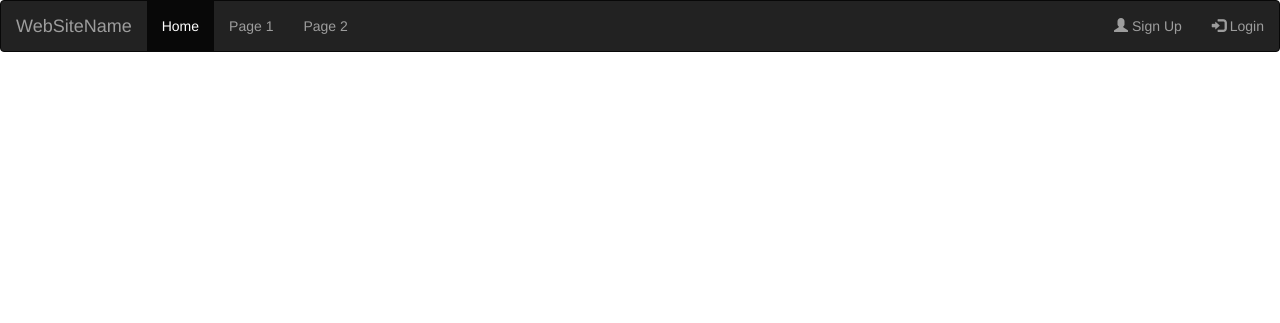
Repository: Karthi-Mano/AdvanceJavaPrograms
Page: http://localhost/BootStrapApp/LoginPage.jsp
These files come from the project's save history. The page is drawn as it stood at one moment and after the next save; the edit follows.
The browser window is 1280 px wide. The pictures show the whole page.
The page is served by Tomcat 9.

Above is the page before, as saved 2018-03-28 07:11:13.

### BootStrapApp/WebContent/LoginPage.jsp
<%@ page language="java" contentType="text/html; charset=ISO-8859-1"
    pageEncoding="ISO-8859-1"%>
<!DOCTYPE html PUBLIC "-//W3C//DTD HTML 4.01 Transitional//EN" "http://www.w3.org/TR/html4/loose.dtd">
<html>
<head>
<meta http-equiv="Content-Type" content="text/html; charset=ISO-8859-1">
<title>Insert title here</title>
</head>
<body>
<jsp:include page="header.jsp"></jsp:include>

</body>
</html>

### BootStrapApp/WebContent/header.jsp
<%@ page language="java" contentType="text/html; charset=ISO-8859-1"
    pageEncoding="ISO-8859-1"%>
<!DOCTYPE html PUBLIC "-//W3C//DTD HTML 4.01 Transitional//EN" "http://www.w3.org/TR/html4/loose.dtd">
<html>
<head>
<meta http-equiv="Content-Type" content="text/html; charset=ISO-8859-1">
<title>Insert title here</title>
 <link rel="stylesheet" href="https://maxcdn.bootstrapcdn.com/bootstrap/3.3.7/css/bootstrap.min.css">
  <script src="https://ajax.googleapis.com/ajax/libs/jquery/3.3.1/jquery.min.js"></script>
  <script src="https://maxcdn.bootstrapcdn.com/bootstrap/3.3.7/js/bootstrap.min.js"></script>
</head>
<body>
<nav class="navbar navbar-inverse">
  <div class="container-fluid">
    <div class="navbar-header">
      <a class="navbar-brand" href="#">WebSiteName</a>
    </div>
    <ul class="nav navbar-nav">
      <li class="active"><a href="#">Home</a></li>
      <li><a href="#">Page 1</a></li>
      <li><a href="#">Page 2</a></li>
    </ul>
    <ul class="nav navbar-nav navbar-right">
      <li><a href="#"><span class="glyphicon glyphicon-user"></span> Sign Up</a></li>
      <li><a href="#"><span class="glyphicon glyphicon-log-in"></span> Login</a></li>
    </ul>
  </div>
</nav>
</body>
</html>

After the next save:
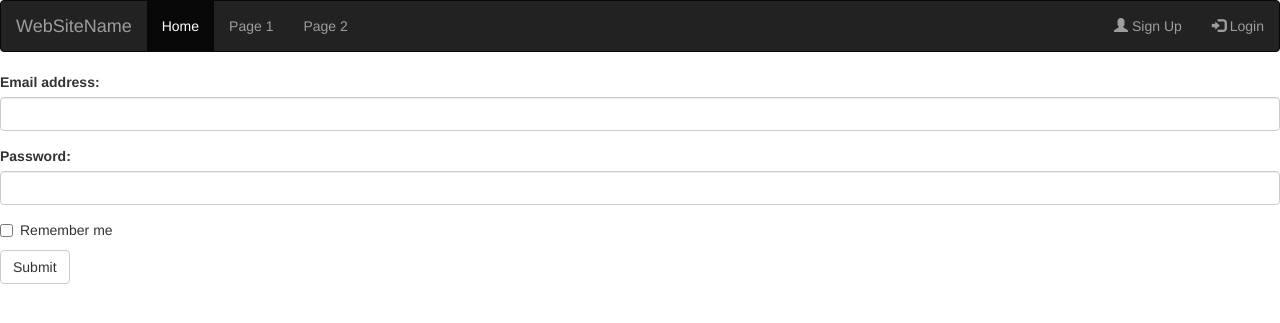
Saved 22 s later.
--- a/BootStrapApp/WebContent/LoginPage.jsp
+++ b/BootStrapApp/WebContent/LoginPage.jsp
@@ -8,6 +8,20 @@
 </head>
 <body>
 <jsp:include page="header.jsp"></jsp:include>
+<form action="/action_page.php">
+  <div class="form-group">
+    <label for="email">Email address:</label>
+    <input type="email" class="form-control" id="email">
+  </div>
+  <div class="form-group">
+    <label for="pwd">Password:</label>
+    <input type="password" class="form-control" id="pwd">
+  </div>
+  <div class="checkbox">
+    <label><input type="checkbox"> Remember me</label>
+  </div>
+  <button type="submit" class="btn btn-default">Submit</button>
+</form>
 
 </body>
 </html>
